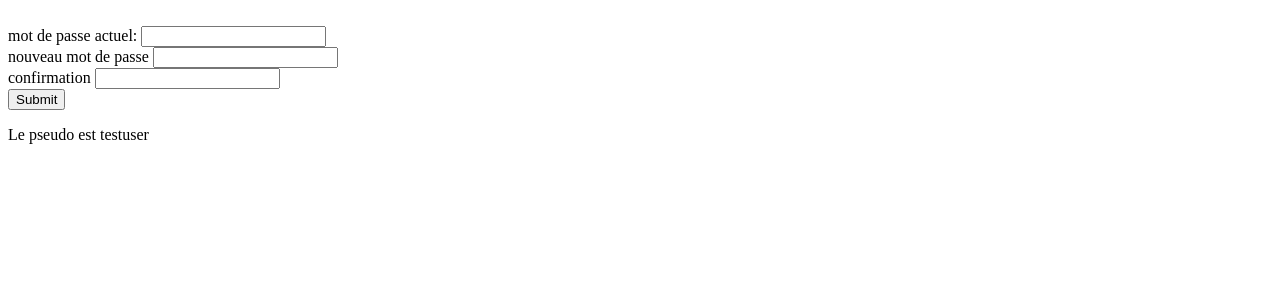
Repository: mehdi-kha/timelineSchool
Page: http://localhost/modifProfil/changementmdp.php
The author's editor kept a record of every edit. The page is drawn from the files as they stood at one moment, then again after the next edit.
The browser window is 1280 px wide. The pictures show the whole page.
The page is run by PHP 8.4 with error messages shown; the project is at /var/www/html/. The session is filled in as if someone had signed in: {"pseudo": "testuser"}. Other server files are loaded and not shown.

Above is the page before.

### workspace/modifProfil/changementmdp.php
<html>
     <form method="post" action="/modifProfil/changEff.php"><br/>
     mot de passe actuel: <input type="password" value="" name="amdp"/><br/>
     nouveau mot de passe <input type="password" value="" name="mdp1"/><br/>
     confirmation  <input type="password" value="" name="mdp2"/><br/>
     <input type="submit"/>

</form>

<?php
session_start();
$pseudo = $_SESSION['pseudo'];
echo "<p>Le pseudo est $pseudo</p>";
?>
</html>

After the next edit:
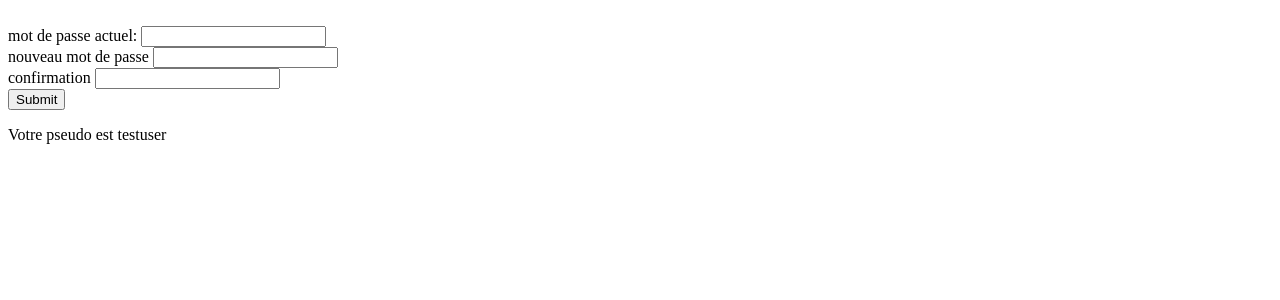
The edit:
--- a/workspace/modifProfil/changementmdp.php
+++ b/workspace/modifProfil/changementmdp.php
@@ -10,6 +10,6 @@
 <?php
 session_start();
 $pseudo = $_SESSION['pseudo'];
-echo "<p>Le pseudo est $pseudo</p>";
+echo "<p>Votre pseudo est $pseudo</p>";
 ?>
 </html>
